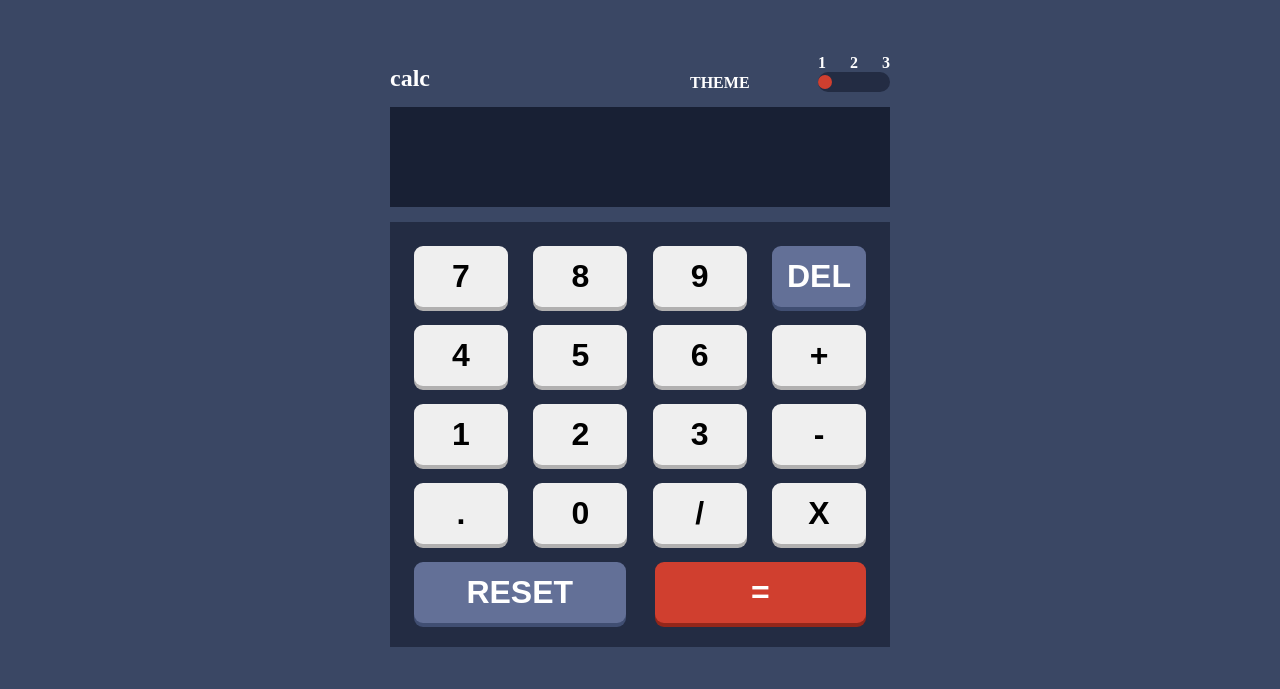
Repository: Eugene44-hub/basic-calculator
Page: index.html
These files come from the project's save history. The page is drawn as it stood at one moment and after the next save; the edit follows.
The browser window is 1280 px wide. The pictures show the whole page.

Above is the page before, as saved 2021-10-03 04:38:18.

After the next save:
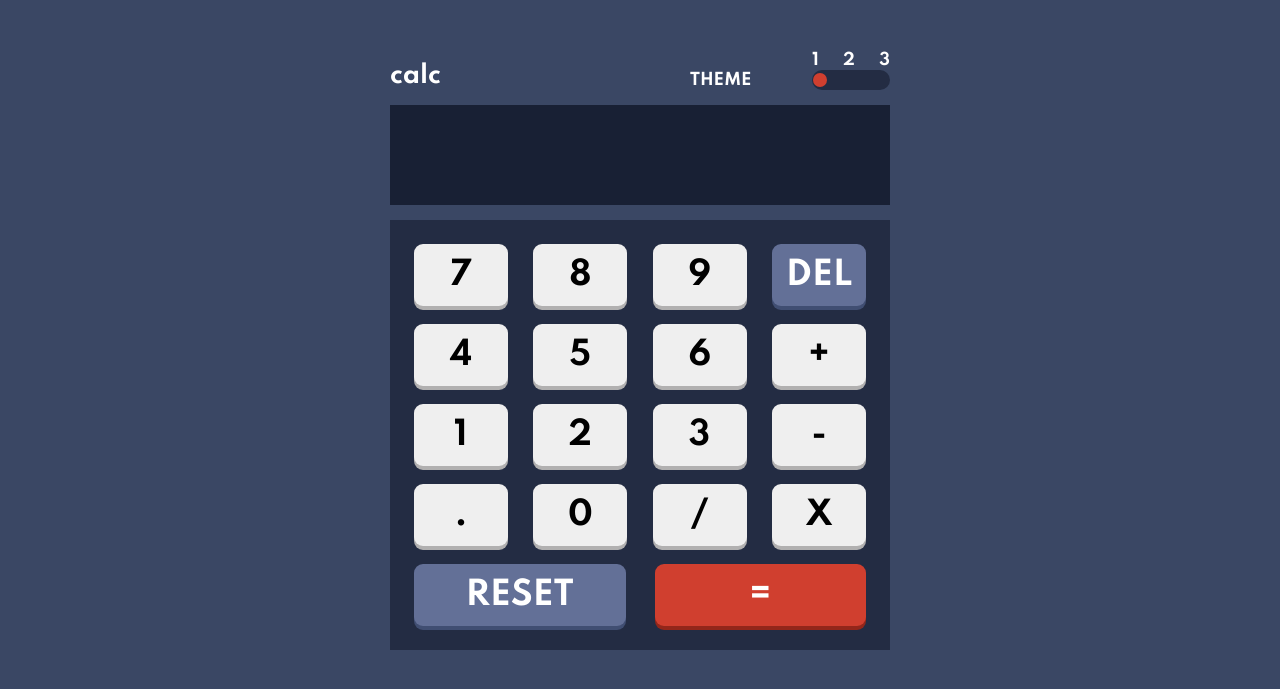
Saved 21 s later.
--- a/style.css
+++ b/style.css
@@ -4,6 +4,7 @@
     margin: 0;
     box-sizing: border-box;
     transition: all .5s;
+    font-family: 'Spartan', sans-serif;
 }
 
 body {

After the save that followed:
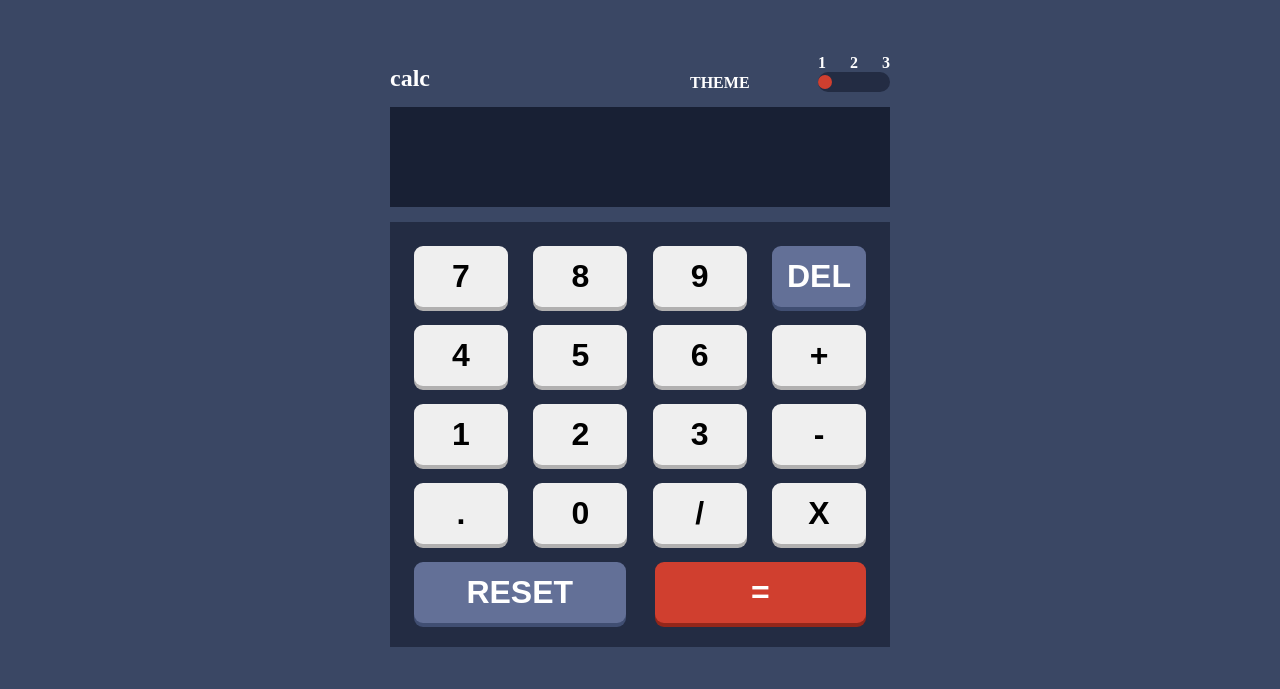
Saved 19 s later.
--- a/style.css
+++ b/style.css
@@ -4,7 +4,6 @@
     margin: 0;
     box-sizing: border-box;
     transition: all .5s;
-    font-family: 'Spartan', sans-serif;
 }
 
 body {
